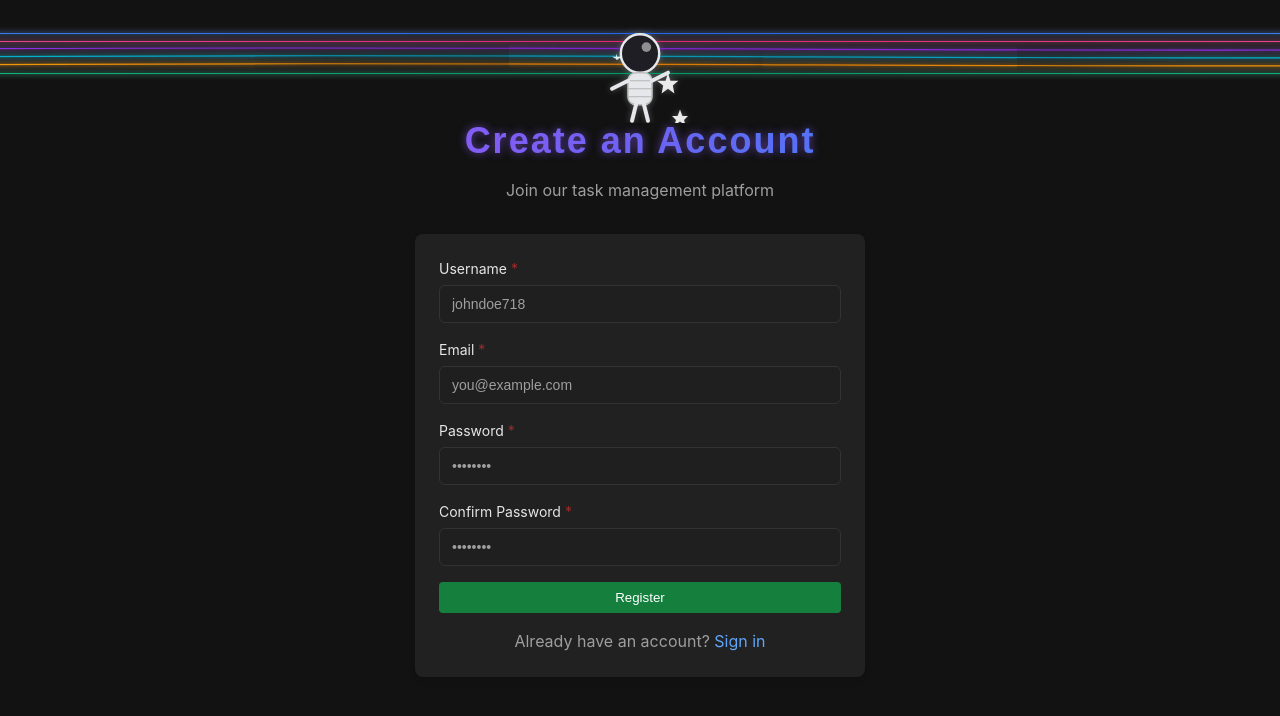
Repository: AnooshaaAli/TaskManagementAndTeamCollaborationTool
Page: / (app in frontend/)
An editor plug-in stored every save of this project. The page is shown before and after the next save, followed by the edit.
The browser window is 1280 px wide. The pictures show the whole page.
The project was rebuilt for these pictures with package versions that can differ from the ones it lists, and the page was loaded fresh each time. Also part of the build but not shown: frontend/src/App.css, frontend/src/pages/LoginPage.jsx, frontend/src/components/Calendar.jsx, frontend/src/styles/notification-list.css, frontend/src/components/NotificationList.jsx, frontend/src/styles/task-item.css, frontend/src/components/EditTask.jsx, frontend/src/styles/confirmDialog.css and 27 more.

Above is the page before, as saved 2025-04-28 00:32:45.

After the next save:
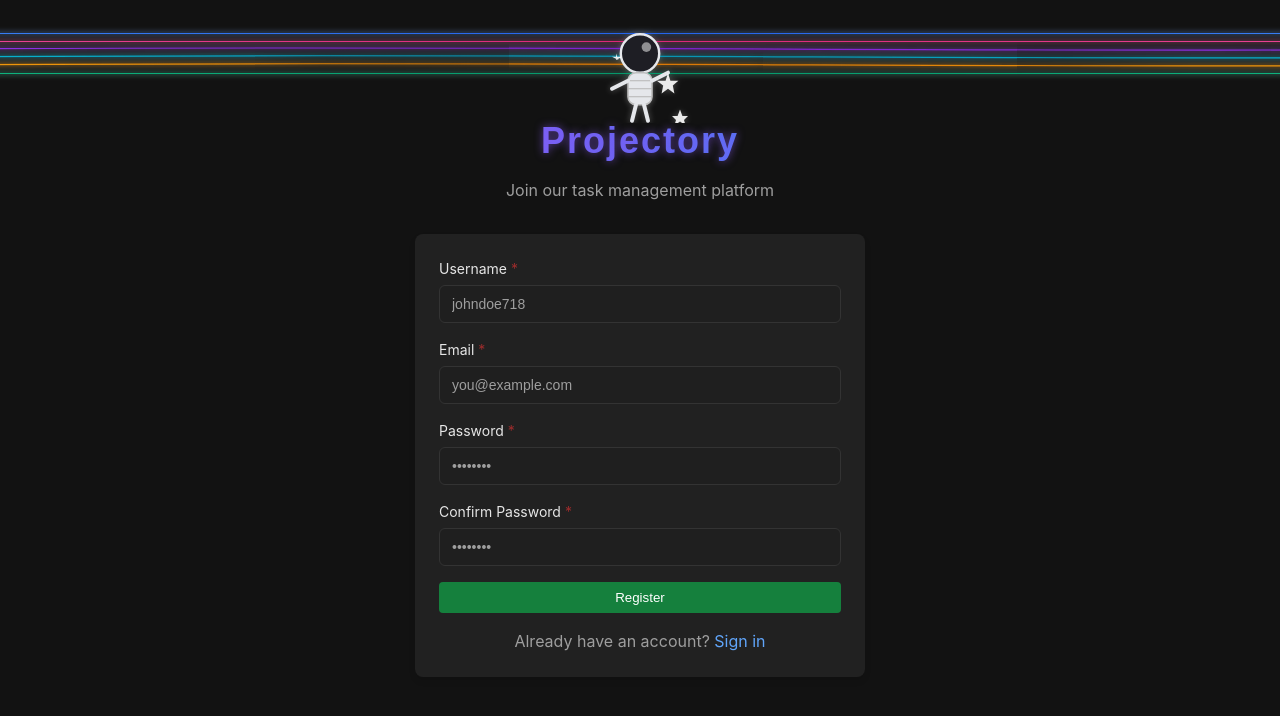
Saved 11 s later.
--- a/frontend/src/pages/RegisterPage.jsx
+++ b/frontend/src/pages/RegisterPage.jsx
@@ -98,7 +98,7 @@
       </div>
       <div className="register-wrapper">
         <div className="register-header">
-          <h1 className="app-name">Create an Account</h1>
+          <h1 className="app-name">Projectory</h1>
           <p className="register-subtitle">Join our task management platform</p>
         </div>
 
